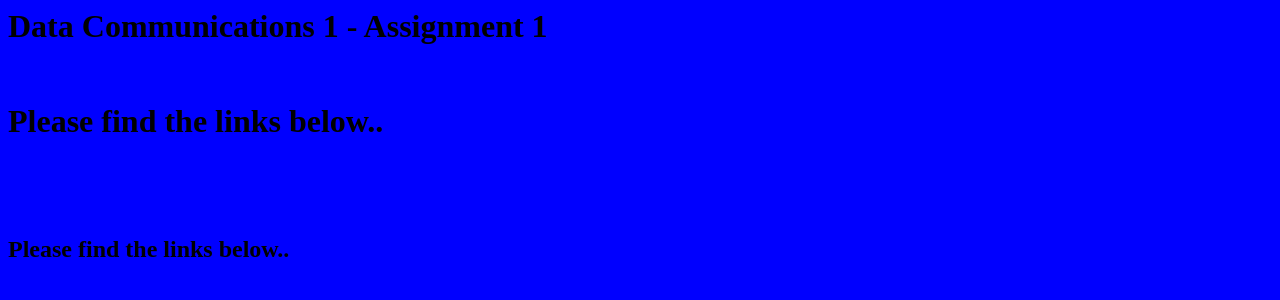
Repository: RaghavTVel/CUB_Codes
Page: eclipse_workspace/DataCommAssignment1/www/index.html
An editor plug-in stored every save of this project. The page is shown before and after a run of saves, followed by the edit.
The browser window is 1280 px wide. The pictures show the whole page.

Above is the page before, as saved 2015-09-06 00:04:49.

### eclipse_workspace/DataCommAssignment1/www/index.html
<html>

<head>
<h1>
Data Communications 1 - Assignment 1<br><br>
</h1>
</head>

<title>
Data Communications 1 - Assignment 1
</title>

<body bgcolor='blue'>

<p>
<h1>
Please find the links below..<br><br><br>
</h1>
</p>

<p>
<h2>
Please find the links below..<br><br><br>
</h2>
</p>

</body>

</html>

After the next 2 saves:
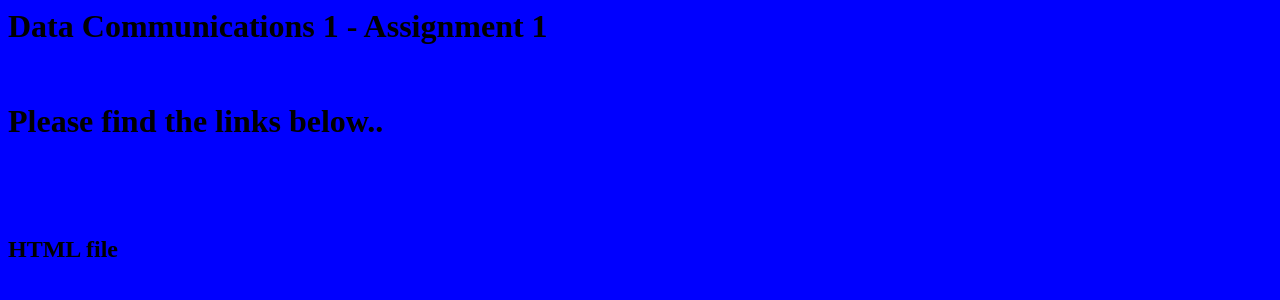
The 2 saves are shown as one change because they came seconds apart.
The last was saved 22 s later.
--- a/eclipse_workspace/DataCommAssignment1/www/index.html
+++ b/eclipse_workspace/DataCommAssignment1/www/index.html
@@ -20,7 +20,7 @@ Please find the links below..<br><br><br>
 
 <p>
 <h2>
-Please find the links below..<br><br><br>
+HTML file<br>
 </h2>
 </p>
 
